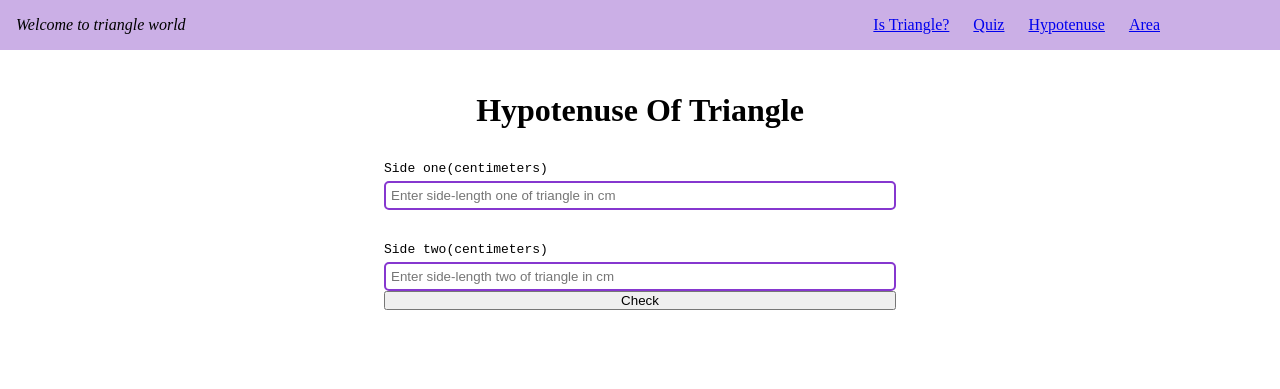
Repository: patelamancode/Fun-with-trianles
Page: hypotenuse.html
These files come from the project's save history. The page is drawn as it stood at one moment and after the next save; the edit follows.
The browser window is 1280 px wide. The pictures show the whole page.

Above is the page before, as saved 2022-11-29 01:50:47.

### hypotenuse.html
<!DOCTYPE html>
<html lang="en">
<head>
    <meta charset="UTF-8">
    <meta http-equiv="X-UA-Compatible" content="IE=edge">
    <meta name="viewport" content="width=device-width, initial-scale=1.0">
    <link rel="stylesheet" href="index.css">
    <title>Hypotenuse of triangle</title>
</head>
<body>
    <nav id="navbar">
        <p id="nav-title">Welcome to triangle world</p>
        <div id="nav-links">
            <a href="index.html" id="Is-triangle">Is Triangle?</a>
            <a href="quiz.html" id="Is-triangle">Quiz</a>
            <a href="hypotenuse.html" id="hypo">Hypotenuse</a>
            <a href="area.html" id="area">Area</a>
        </div>
    </nav>
    <div id="main-container">
        <h1>Hypotenuse Of Triangle</h1>
        <label for="side-one">Side one(centimeters)</label>
        <input type="number" id="side-input-one" placeholder="Enter side-length one of triangle in cm" />
        <label for="side-two">Side two(centimeters)</label>
        <input type="number" id="side-input-two" placeholder="Enter side-length two of triangle in cm" />
        <button>Check</button>
    </div>
    <script src="hypotenuse.js"></script>
</body>
</html>

### index.css
* {
  margin: 0;
  padding: 0;
}

#navbar {
  background-color: rgba(143, 82, 201, 0.459);
  display: flex;
  flex-direction: row;
  justify-content: space-between;
  padding: 1rem;
}
#nav-title {
  font-style: italic;
  font-weight: 300;
  font-size: medium;
}
#nav-links {
  display: flex;
  flex-direction: row;
  justify-content: space-around;
  margin-right: 5rem;
}

#nav-links a {
    display: flex;
    margin-right: 1.5rem;
    cursor: pointer;
}

#main-container {
  display: flex;
  flex-direction: column;
  width: 40vw;
  margin: auto;
  margin-top: 2rem;
  padding: 10px;
  text-align: center;
}

.app-title {
  margin: 2rem 0 0 0;
}

#error-check-for-angles{
  background-color: yellow;
  display: none;
  padding: 0.5rem;
}

label {
  margin-top: 2rem;
  margin-bottom: 0.3rem;
  text-align: left;
  font-family: monospace;
}
input {
  border: 2px solid rgb(134, 55, 207);
  border-radius: 5px;
  padding: 5px;
}

/* For Quiz page */

.question-container{
  display: flex;
  flex-direction: column;
  width: 50vw;
  margin: auto;
  padding: 10px;

}
.question-container p{
  text-align: left;
  margin-top: 2rem;
  padding-bottom: 10px;
}
.question-container .quiz-option{
  margin-top: 5px;
}

/* For Hypotenuse of triangle */


#check-btn, #submit-btn {
  margin: auto;
  text-align: center;
  margin-top: 2rem;
  width: 40%;
  padding: 5px 0px;
  background-color: rgba(143, 82, 201, 0.521);
  border: 1px solid;
  border-radius: 5px;
}
#result-display {
    display: none;
    padding-top: 1rem;
    font-style: italic;
    margin: auto;
  }

Loaded but not shown: hypotenuse.js (no stored copy; drawn as an empty file)

After the next save:
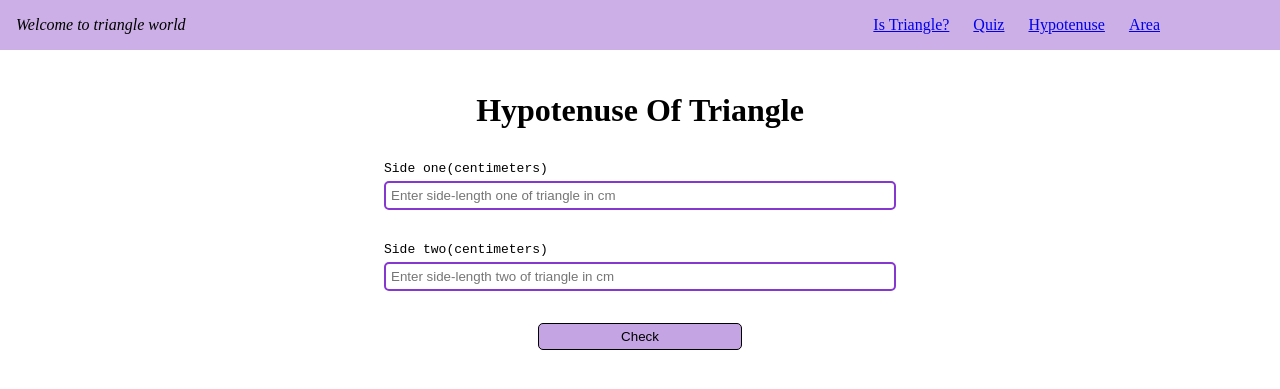
Saved 33 s later.
--- a/hypotenuse.html
+++ b/hypotenuse.html
@@ -23,7 +23,7 @@
         <input type="number" id="side-input-one" placeholder="Enter side-length one of triangle in cm" />
         <label for="side-two">Side two(centimeters)</label>
         <input type="number" id="side-input-two" placeholder="Enter side-length two of triangle in cm" />
-        <button>Check</button>
+        <button id="check-btn">Check</button>
     </div>
     <script src="hypotenuse.js"></script>
 </body>
